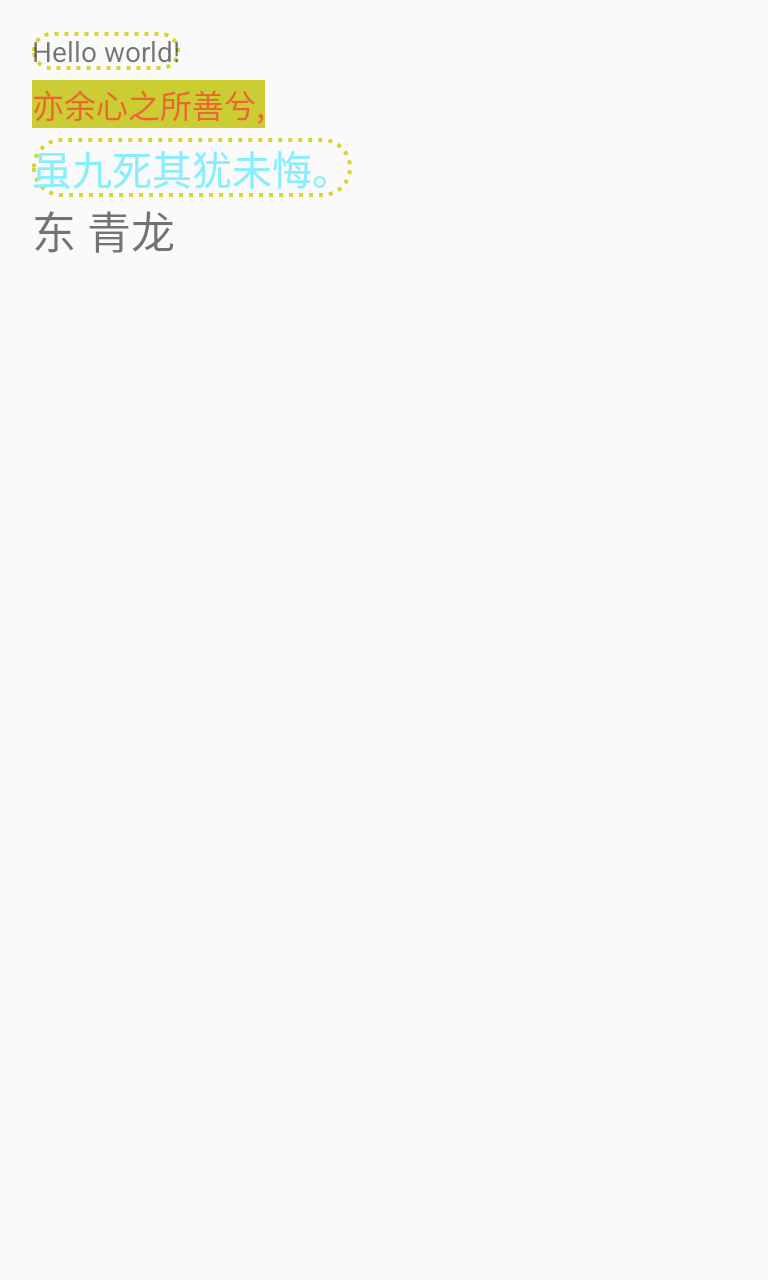
Repository: duhei/cici
Layout: GitHubFrist/res/layout/activity_main.xml
These files come from the project's save history. The layout is drawn as it stood at one moment and after the next save; the edit follows.
It is drawn on a 768 x 1280 px phone screen (xhdpi) without system bars, with theme AppTheme; the app's code is not run.

Above is the layout before, as saved 2015-07-10 08:47:53.

### GitHubFrist/res/layout/activity_main.xml
<LinearLayout xmlns:android="http://schemas.android.com/apk/res/android"
    xmlns:tools="http://schemas.android.com/tools"
    android:layout_width="match_parent"
    android:layout_height="match_parent"
    android:paddingBottom="@dimen/activity_vertical_margin"
    android:paddingLeft="@dimen/activity_horizontal_margin"
    android:paddingRight="@dimen/activity_horizontal_margin"
    android:paddingTop="@dimen/activity_vertical_margin"
    tools:context="com.mylove.githubfrist.MainActivity"
    android:orientation="vertical"
    >

    <TextView
        android:layout_width="wrap_content"
        android:layout_height="wrap_content"
        android:text="@string/hello_world"
        android:background="@drawable/corner_shape"
        />

    <TextView
        style="@style/warp_content"
        android:text="@string/lisao1"
        android:background="#FFCCCC33"
        android:textColor="#99FF2233"
        android:textSize="16dp"
        />

    <TextView
        style="@style/warp_textCol"
        android:layout_width="wrap_content"
        android:layout_height="wrap_content"
        android:background="@drawable/corner_shape"
        android:text="@string/lisao2" />

    <TextView
        android:layout_width="match_parent"
        android:layout_height="wrap_content"
        android:background="@drawable/con_shape_top"
        android:text="@string/east"
        android:textSize="22dp"
        />

</LinearLayout>

### GitHubFrist/res/values/strings.xml
<?xml version="1.0" encoding="utf-8"?>
<resources>

    <string name="app_name">GitHubFrist</string>
    <string name="hello_world">Hello world!</string>
    <string name="action_settings">Settings</string>

    <string name="lisao1">亦余心之所善兮,</string>
    <string name="lisao2">虽九死其犹未悔。</string>

    <string name="east">东 青龙</string>
    <string name="west">西 白虎</string>
    <string name="south">南 朱雀</string>
    <string name="nouth">北 玄武</string>
</resources>

### GitHubFrist/res/drawable-hdpi/corner_shape.xml
<?xml version="1.0" encoding="utf-8"?>
<shape xmlns:android="http://schemas.android.com/apk/res/android" >

    <corners android:radius="20dp"/>

    <stroke android:width="2dp"
        android:dashGap="3dp"
        android:dashWidth="2dp"
        android:color="#FFD5D533"/>

</shape>

### GitHubFrist/res/drawable-hdpi/con_shape_top.xml
<?xml version="1.0" encoding="utf-8"?>
<shape xmlns:android="http://schemas.android.com/apk/res/android" >

    <corners android:topLeftRadius="15dp"
        android:topRightRadius="15dp"
        android:bottomLeftRadius="0dp"
        android:bottomRightRadius="0dp"
        />

</shape>

Loaded but not shown: GitHubFrist/res/values/styles.xml (common file); GitHubFrist/res/values-v11/styles.xml (common file); GitHubFrist/res/values-v14/styles.xml (common file); GitHubFrist/res/values/dimens.xml (common file); GitHubFrist/res/values-w820dp/dimens.xml (common file)

After the next save:
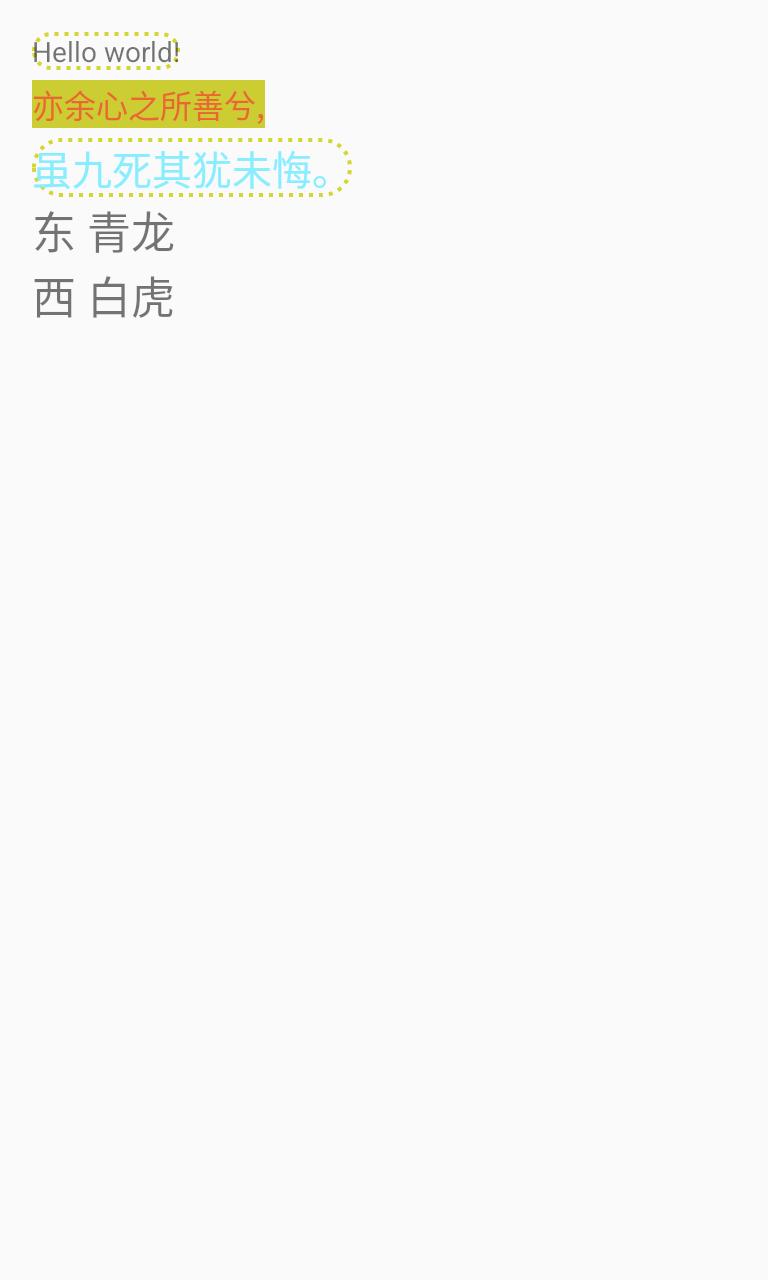
Saved 43 s later.
--- a/GitHubFrist/res/layout/activity_main.xml
+++ b/GitHubFrist/res/layout/activity_main.xml
@@ -40,4 +40,11 @@
         android:textSize="22dp"
         />
 
+    <TextView
+        android:layout_width="match_parent"
+        android:layout_height="wrap_content"
+        android:text="@string/west"
+        android:textSize="22dp"
+        />
+
 </LinearLayout>
